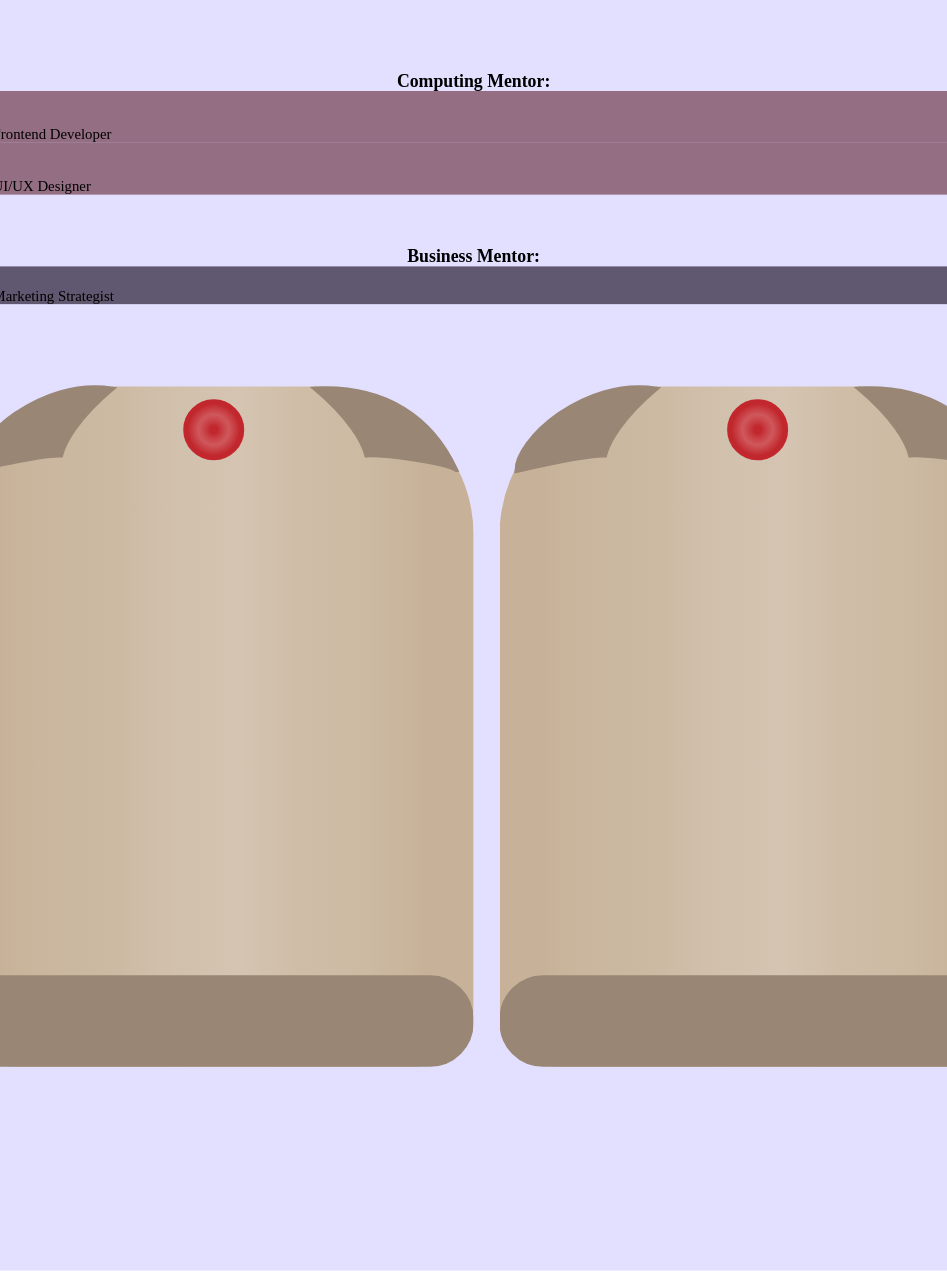
Repository: anikagrewal/week3example
Page: /about
The author's editor kept a copy of each file at every save. The page is drawn from the files as they stood at one save, then again after the next save.
The browser window is 1280 px wide. The pictures show the whole page, at 74% of full size.
The project was rebuilt for these pictures with package versions that can differ from the ones it lists, and the page was loaded fresh each time. The framework's server and built-in components were replaced by stand-ins that run in the browser. Also part of the build but not shown: next.config.js.

Above is the page before, as saved 2023-01-23 13:59:53.

### pages/about.js
import Head from 'next/head'
import Image from 'next/image'
import { Inter } from '@next/font/google'
import styles from '@/styles/About.module.css'
import data from '../data/workplace.json'
import { useState } from 'react'
import CardEmployee from '../components/CardEmployee'

const inter = Inter({ subsets: ['latin'] })

console.log(data);
export default function About() {

    const [information, setInformation] = useState([...data])

    return (
        <>
        <Head>
        <title>About Page</title>
        <meta name="description" content="Generated by create next app" />
        <meta name="viewport" content="width=device-width, initial-scale=1" />
        <link rel="icon" href="/favicon.ico" />
      </Head>
      <main className={styles.main}>



        <div className={styles.grid}>
        <div className={styles.gridlayout}>
        <div>
        <h2 className={styles.busdeg}>Computing Mentor: </h2>
        {information && information.map((info, index) => {
          if(info.graduate === "computing") {
            return (
              <div key={index}>
                <CardEmployee role={info.role} colour="#946E83" font="20px"/>
              </div>
            )
          }


        })}
        </div>

        <div>
        <h2 className={styles.busdeg}>Business Mentor: </h2>
        {information && information.map((info, index) => {
          if(info.graduate === "business") {
            return (
              <div key={index}>
                <CardEmployee role={info.role} colour="#605770" font="20px"/>
              </div>
            )
          }


})}
</div>

<div className={styles.scrolls}>
<Image
className={styles.scrollone}
width={700}
height={1000}
src={'vector/mentor.svg'}
/>
<Image
className={styles.scrolltwo}
width={700}
height={1000}
src={'vector/mentor.svg'}
/>
</div>
</div>
</div>
</main>
</>
    )
}

### styles/globals.css
:root {
  --max-width: 1100px;
  --border-radius: 12px;
  --font-mono: ui-monospace, Menlo, Monaco, 'Cascadia Mono', 'Segoe UI Mono',
    'Roboto Mono', 'Oxygen Mono', 'Ubuntu Monospace', 'Source Code Pro',
    'Fira Mono', 'Droid Sans Mono', 'Courier New', monospace;

  --foreground-rgb: #E3DFFF;
  --background-start-rgb: #E3DFFF;
  --background-end-rgb: #E3DFFF;
  --background-body-color: #E3DFFF;

  --primary-glow: conic-gradient(
    from 180deg at 50% 50%,
    #16abff33 0deg,
    #0885ff33 55deg,
    #54d6ff33 120deg,
    #0071ff33 160deg,
    transparent 360deg
  );
  --secondary-glow: radial-gradient(
    rgba(#E3DFFF, 1),
    rgba(#E3DFFF, 0)
  );

  --tile-start-rgb: 239, 245, 249;
  --tile-end-rgb: 228, 232, 233;
  --tile-border: conic-gradient(
    #00000080,
    #00000040,
    #00000030,
    #00000020,
    #00000010,
    #00000010,
    #00000080
  );

  --callout-rgb: #E3DFFF;
  --callout-border-rgb: 172, 175, 176;
  --card-rgb: 180, 185, 188;
  --card-border-rgb: 131, 134, 135;
}

@media (prefers-color-scheme: dark) {
  :root {
    --foreground-rgb: #E3DFFF;
    --background-start-rgb: 0, 0, 0;
    --background-end-rgb: 0, 0, 0;

    --primary-glow: radial-gradient(rgba(1, 65, 255, 0.4), rgba(1, 65, 255, 0));
    --secondary-glow: linear-gradient(
      to bottom right,
      rgba(1, 65, 255, 0),
      rgba(1, 65, 255, 0),
      rgba(1, 65, 255, 0.3)
    );

    --tile-start-rgb: 2, 13, 46;
    --tile-end-rgb: 2, 5, 19;
    --tile-border: conic-gradient(
      #ffffff80,
      #ffffff40,
      #ffffff30,
      #ffffff20,
      #ffffff10,
      #ffffff10,
      #ffffff80
    );

    --callout-rgb: 20, 20, 20;
    --callout-border-rgb: 108, 108, 108;
    --card-rgb: 100, 100, 100;
    --card-border-rgb: 200, 200, 200;
  }
}

* {
  box-sizing: border-box;
  padding: 0;
  margin: 0;
}

html,
body {
  max-width: 100vw;
  overflow-x: hidden;
}

body {
  color: rgb(var(--foreground-rgb));
  background: linear-gradient(
      to bottom,
      transparent,
      rgb(var(--background-end-rgb))
    )
    rgb(var(--background-start-rgb));
}

a {
  color: inherit;
  text-decoration: none;
}

@media (prefers-color-scheme: dark) {
  html {
    color-scheme: light;
  }
}

### styles/About.module.css
.main {
    display: flex;
    flex-direction: column;
    justify-content: space-between;
    align-items: center;
    padding: 6rem;
    min-height: 100vh;
    background-color: var(--background-body-color);
  }

  .description {
    display: inherit;
    justify-content: inherit;
    align-items: inherit;
    font-size: 0.85rem;
    max-width: var(--max-width);
    width: 100%;
    z-index: 2;
    font-family: var(--font-mono);
  }

  .description a {
    display: flex;
    justify-content: center;
    align-items: center;
    gap: 0.5rem;
  }

  .description p {
    position: relative;
    margin: 0;
    padding: 1rem;
    background-color: rgba(var(--callout-rgb), 0.5);
    border: 1px solid rgba(var(--callout-border-rgb), 0.3);
    border-radius: var(--border-radius);
  }

  .code {
    font-weight: 700;
    font-family: var(--font-mono);
  }

  .grid {
    display: grid;
    grid-template-columns: (4, minmax(25%, auto));
    width: var(--max-width);
    max-width: 100%;
    justify-content: center;
  }

  .gridlayout {
    display: flex;
    flex-direction: column;
   gap: 70px;
  }

  .card {
    padding: 1rem 1.2rem;
    border-radius: var(--border-radius);
    background: rgba(var(--card-rgb), 0);
    border: 1px solid rgba(var(--card-border-rgb), 0);
    transition: background 200ms, border 200ms;
  }

  .card span {
    display: inline-block;
    transition: transform 200ms;
  }

  .card h2 {
    font-weight: 600;
    margin-bottom: 0.7rem;
  }

  .card p {
    margin: 0;
    opacity: 0.6;
    font-size: 0.9rem;
    line-height: 1.5;
    max-width: 30ch;
  }





  .busdeg {
    display: flex;
    justify-content: center;
  }

  .compdeg {
    display: flex;
    justify-content: center;
  }

  .button {
    width: 150px;
    height: 50px;
    border-radius: 5px;
    font-size: 20px;
  }

 .scrolls {
  display: flex;
  justify-content: center;
  flex-direction: row;
 }

  .scrollone {
    display: flex;
    justify-content: center;
    align-items: center;
    position: relative;
    z-index: 1;
    margin-left: 2.5%;
    margin-bottom: 10%;

  }

  .scrolltwo {
    display: flex;
    justify-content: center;
    align-items: center;
    position: relative;
    z-index: 1;
    margin-left: 2.5%;
    margin-bottom: 10%;

  }

  /* Conic Gradient Animation */
  .thirteen::before {
    animation: 6s rotate linear infinite;
    width: 200%;
    height: 200%;
    background: var(--tile-border);
  }

  /* Inner Square */
  .thirteen::after {
    inset: 0;
    padding: 1px;
    border-radius: var(--border-radius);
    background: linear-gradient(
      to bottom right,
      rgba(var(--tile-start-rgb), 1),
      rgba(var(--tile-end-rgb), 1)
    );
    background-clip: content-box;
  }

  /* Enable hover only on non-touch devices */
  @media (hover: hover) and (pointer: fine) {
    .card:hover {
      background: rgba(var(--card-rgb), 0.1);
      border: 1px solid rgba(var(--card-border-rgb), 0.15);
    }

    .card:hover span {
      transform: translateX(4px);
    }
  }

  @media (prefers-reduced-motion) {
    .thirteen::before {
      animation: none;
    }

    .card:hover span {
      transform: none;
    }
  }

  /* Mobile */
  @media (max-width: 700px) {
    .content {
      padding: 4rem;
    }

    .grid {
      grid-template-columns: 1fr;
      margin-bottom: 120px;
      max-width: 320px;
      text-align: center;
    }

    .card {
      padding: 1rem 2.5rem;
    }

    .card h2 {
      margin-bottom: 0.5rem;
    }

    .center {
      padding: 8rem 0 6rem;
    }

    .center::before {
      transform: none;
      height: 300px;
    }

    .description {
      font-size: 0.8rem;
    }

    .description a {
      padding: 1rem;
    }

    .description p,
    .description div {
      display: flex;
      justify-content: center;
      position: fixed;
      width: 100%;
    }

    .description p {
      align-items: center;
      inset: 0 0 auto;
      padding: 2rem 1rem 1.4rem;
      border-radius: 0;
      border: none;
      border-bottom: 1px solid rgba(var(--callout-border-rgb), 0.25);
      background: linear-gradient(
        to bottom,
        rgba(var(--background-start-rgb), 1),
        rgba(var(--callout-rgb), 0.5)
      );
      background-clip: padding-box;
      backdrop-filter: blur(24px);
    }

    .description div {
      align-items: flex-end;
      pointer-events: none;
      inset: auto 0 0;
      padding: 2rem;
      height: 200px;
      background: linear-gradient(
        to bottom,
        transparent 0%,
        rgb(var(--background-end-rgb)) 40%
      );
      z-index: 1;
    }
  }

  /* Tablet and Smaller Desktop */
  @media (min-width: 701px) and (max-width: 1120px) {
    .grid {
      grid-template-columns: repeat(2, 50%);
    }
  }

  @media (prefers-color-scheme: dark) {
    .vercelLogo {
      filter: invert(1);
    }

    .logo,
    .thirteen img {
      filter: invert(1) drop-shadow(0 0 0.3rem #ffffff70);
    }
  }

  @keyframes rotate {
    from {
      transform: rotate(360deg);
    }
    to {
      transform: rotate(0deg);
    }
  }

### data/workplace.json
[
    {
    "employeeNumber": "E2345",
    "firstName": "Joe",
    "role": "Frontend Developer",
    "position": "Junior",
    "graduate": "computing",
    "startDate": 2021
},
{
    "employeeNumber": "E6789",
    "firstName": "Alice",
    "role": "UI/UX Designer",
    "position": "Junior",
    "graduate": "computing",
    "startDate": 2020
},
{
    "employeeNumber": "E1011",
    "firstName": "Jane",
    "role": "Marketing Strategist",
    "position": "Junior",
    "graduate": "business",
    "startDate": 2022
}
]

### components/CardEmployee/index.js
export default function CardEmployee({
    role = "none",
    colour = "purple",
    font = "0",
    image = "icon/business.png"
}) {
    return(
        <div style={{backgroundColor: colour, fontSize:font}}>
            {
                colour === "#946E83" ? <img src={'icon/business.jpeg'} width="50"/> :
                colour === "#605770" ? <img src={'icon/computing.jpeg'} width="50"/>:
                                     <img src={image} width="50"/>
            }
            {role}
        </div>
    )
}

Loaded but not shown: pages/_app.js (common file); pages/_document.js (common file)

After the next save:
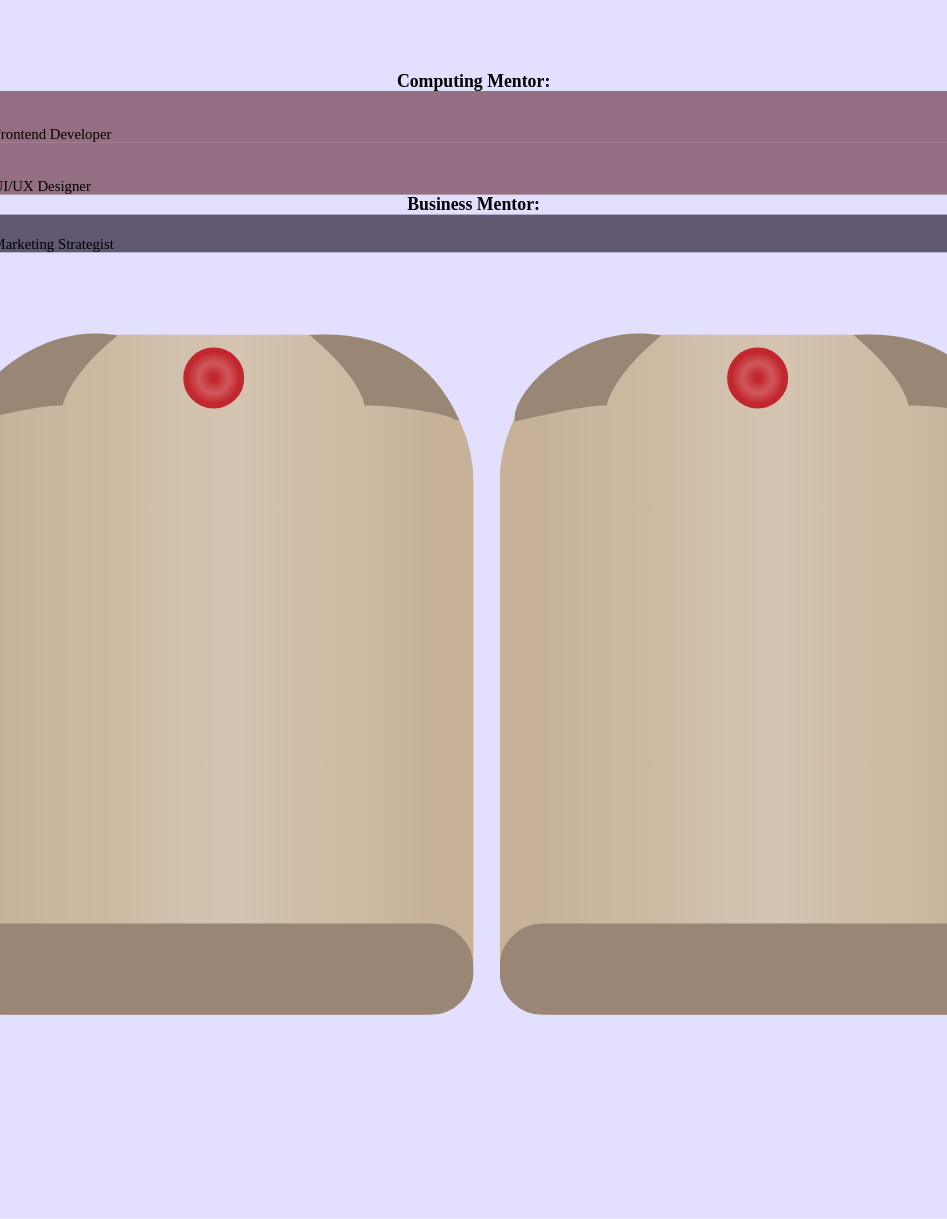
Saved 98 s later.
--- a/pages/about.js
+++ b/pages/about.js
@@ -28,6 +28,7 @@
         <div className={styles.grid}>
         <div className={styles.gridlayout}>
         <div>
+          <div className={styles.mentorlay}>
         <h2 className={styles.busdeg}>Computing Mentor: </h2>
         {information && information.map((info, index) => {
           if(info.graduate === "computing") {
@@ -56,6 +57,7 @@
 
 })}
 </div>
+</div>
 
 <div className={styles.scrolls}>
 <Image
